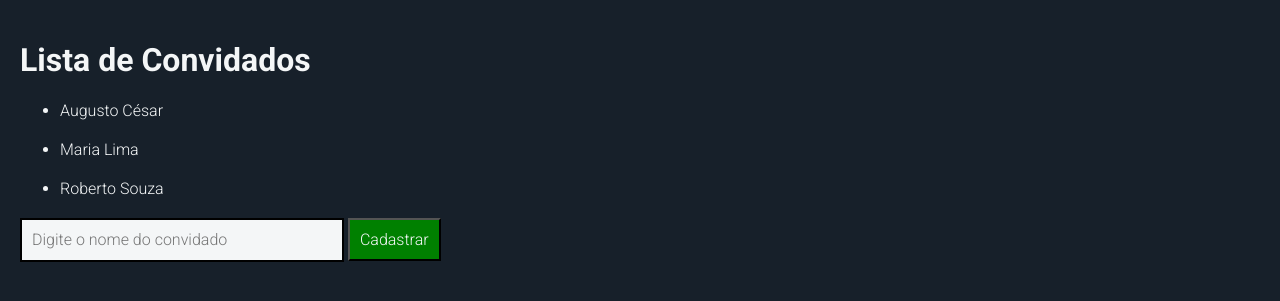
Repository: andrevff/lista-de-convidados
Page: index.html
An editor plug-in stored every save of this project. The page is shown before and after the next save, followed by the edit.
The browser window is 1280 px wide. The pictures show the whole page.

Above is the page before, as saved 2022-11-29 18:19:07.

### index.html
<!DOCTYPE html>
<html lang="pt-br">
<head>
    <meta charset="UTF-8">
    <meta http-equiv="X-UA-Compatible" content="IE=edge">
    <meta name="viewport" content="width=device-width, initial-scale=1.0">
    <link rel="stylesheet" type="text/css" href="assets/css/styles.css">
    <title>Lista de Convidados</title>
</head>
<body>
    <div id="app">
        <h1>Lista de Convidados</h1>
        <ul id="lista"></ul>

        <input type="text" name="" placeholder="Digite o nome do convidado" id="campo">
        <button id="botao">Cadastrar</button>

    </div>
    <script src="assets/js/scripts.js" type="text/javascript"></script>
</body>
</html>

### assets/css/styles.css
@import url('https://fonts.googleapis.com/css2?family=Roboto:wght@300;700&display=swap');

* {
    font-family: 'Roboto', sans-serif;
}

body {
    background-color: #17202A;
    color: #F4F6F7;
    padding: 12px;
}

h1 {
    font-weigth: 700;
}

li {
    margin-bottom: 20px;
}

a {
    text-decoration: none;
    background-color: #F4F6F7;
    padding: 5px;
    color: red;
}

input {
    width: 300px;
    height: 20px;
    padding: 10px;
    font-size: 1em;
    background-color: #F4F6F7;
    border: 2px solid;
}

button {
    padding: 10px;
    font-size: 1em;
    background-color: green;
    color: #F4F6F7;
}

### assets/js/scripts.js
var elementoLista = document.getElementById("lista");
var elementoCampo = document.getElementById("campo");
var elementoBotao = document.getElementById("botao");

var convidados = [
    { nome: "Augusto César" },
    { nome: "Maria Lima" },
    { nome: "Roberto Souza" }
]

for (convidado of convidados) {
    var elementoConvidado = document.createElement('li')
    var elementoNome = document.createTextNode(convidado.nome)

    elementoConvidado.appendChild(elementoNome)
    elementoLista.appendChild(elementoConvidado)
}

After the next save:
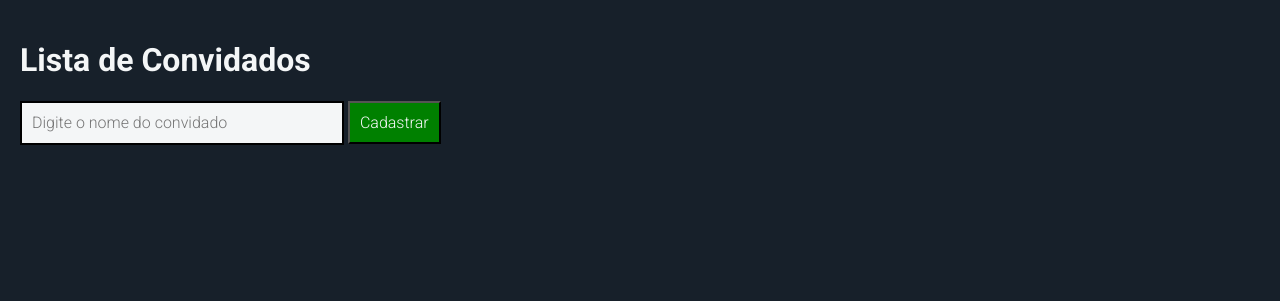
Console error: SyntaxError: Unexpected token '}'
Saved 34 s later.
--- a/assets/js/scripts.js
+++ b/assets/js/scripts.js
@@ -14,4 +14,6 @@
 
     elementoConvidado.appendChild(elementoNome)
     elementoLista.appendChild(elementoConvidado)
+
+    function adicionarConvidado
 }

After the save that followed:
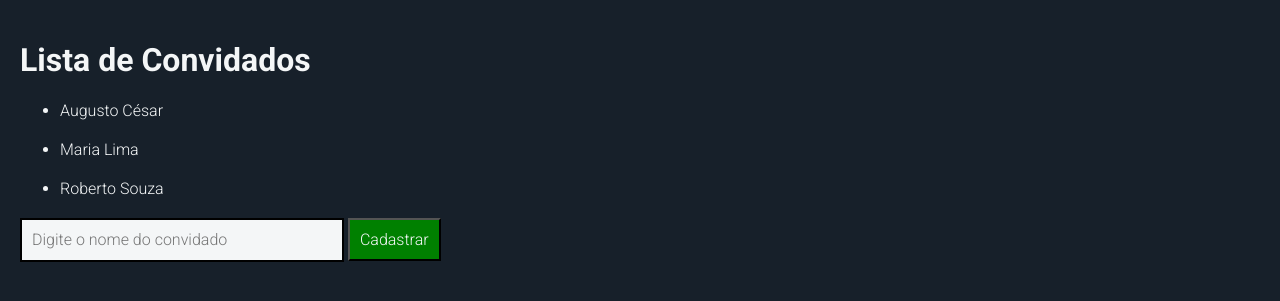
The error is gone.
Saved 14 s later.
--- a/assets/js/scripts.js
+++ b/assets/js/scripts.js
@@ -15,5 +15,5 @@
     elementoConvidado.appendChild(elementoNome)
     elementoLista.appendChild(elementoConvidado)
 
-    function adicionarConvidado
+    var adicionarConvidado
 }
